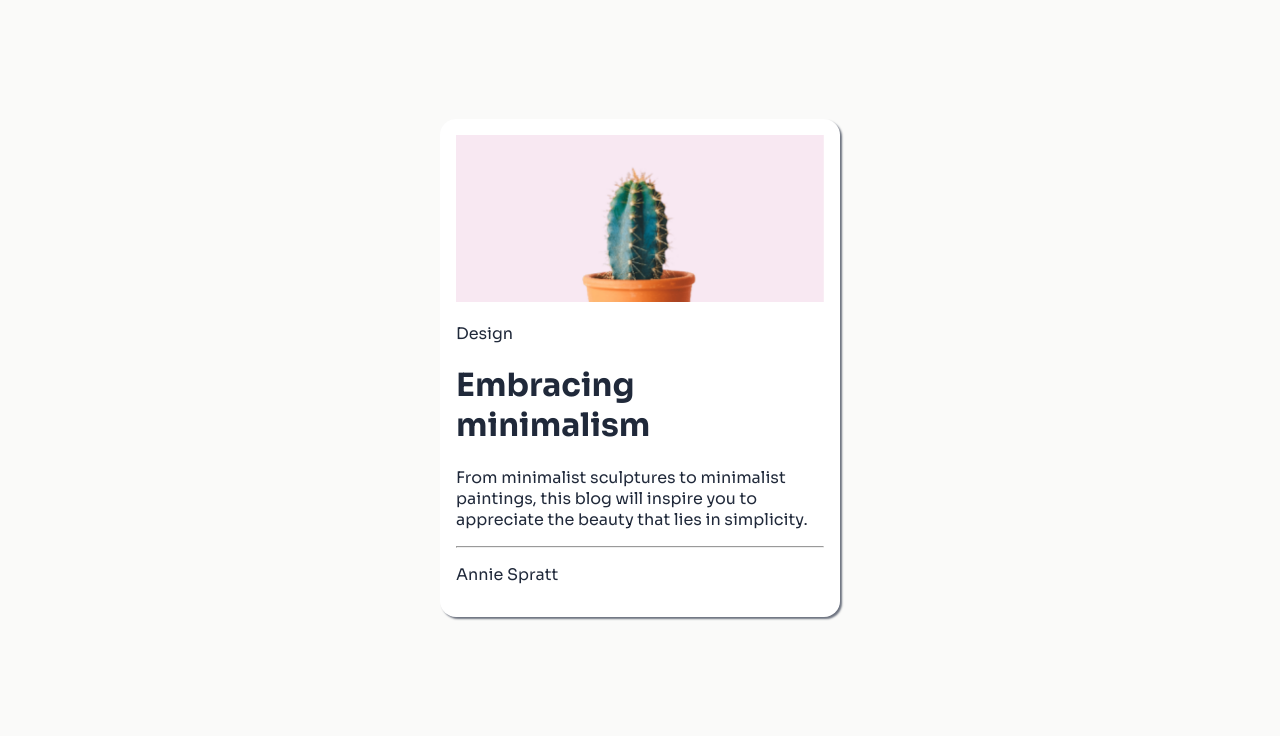
Repository: PCGP22/devChallengesio
Page: 01 - Minimal Blog Card/blogCard.html
These files come from the project's save history. The page is drawn as it stood at one moment and after a run of saves; the edit follows.
The browser window is 1280 px wide. The pictures show the whole page.

Above is the page before, as saved 2024-01-01 19:53:34.

After the next 2 saves:
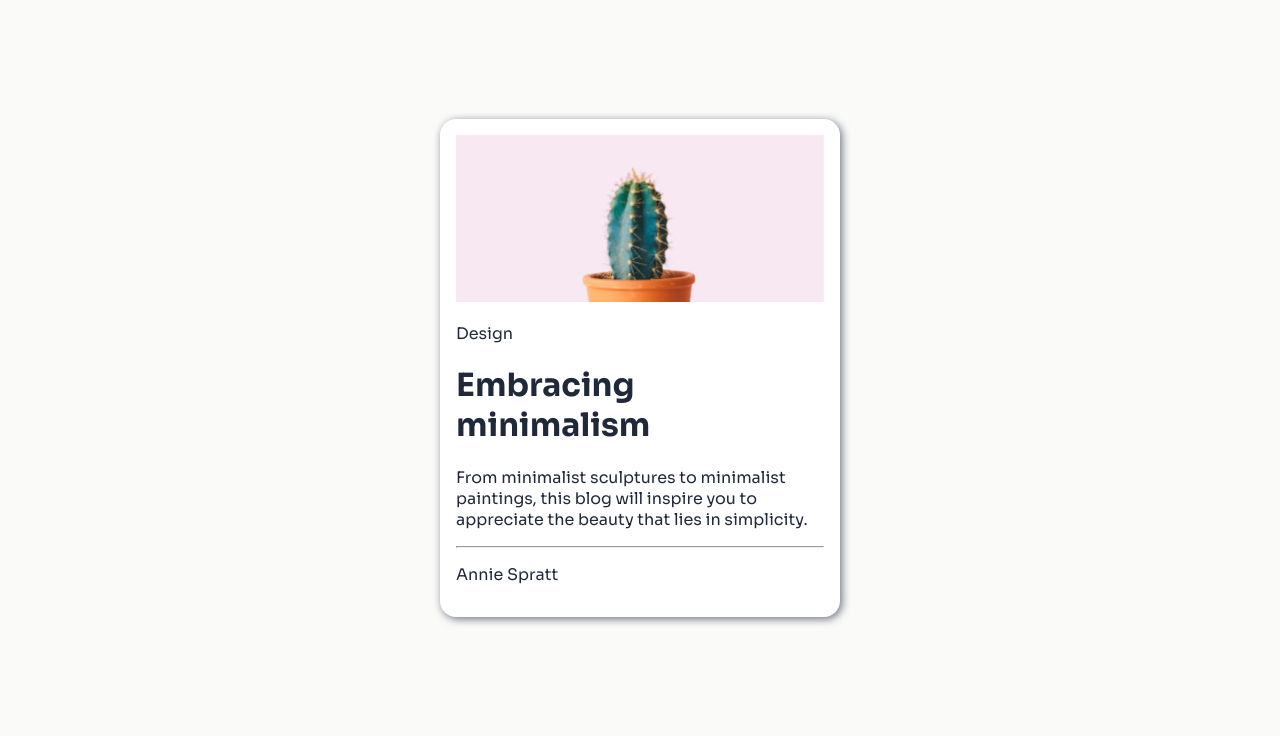
The 2 saves are shown as one change because they came seconds apart.
The last was saved 14 s later.
--- a/01 - Minimal Blog Card/styles.css
+++ b/01 - Minimal Blog Card/styles.css
@@ -28,7 +28,7 @@ body{
     padding: 16px;
     max-width: var(--card_width);
     border-radius: 16px;
-    box-shadow: var(--text_body) 2px 2px 2px;
+    box-shadow: var(--text_body) 2px 2px 8px;
 }
 
 .card img{
